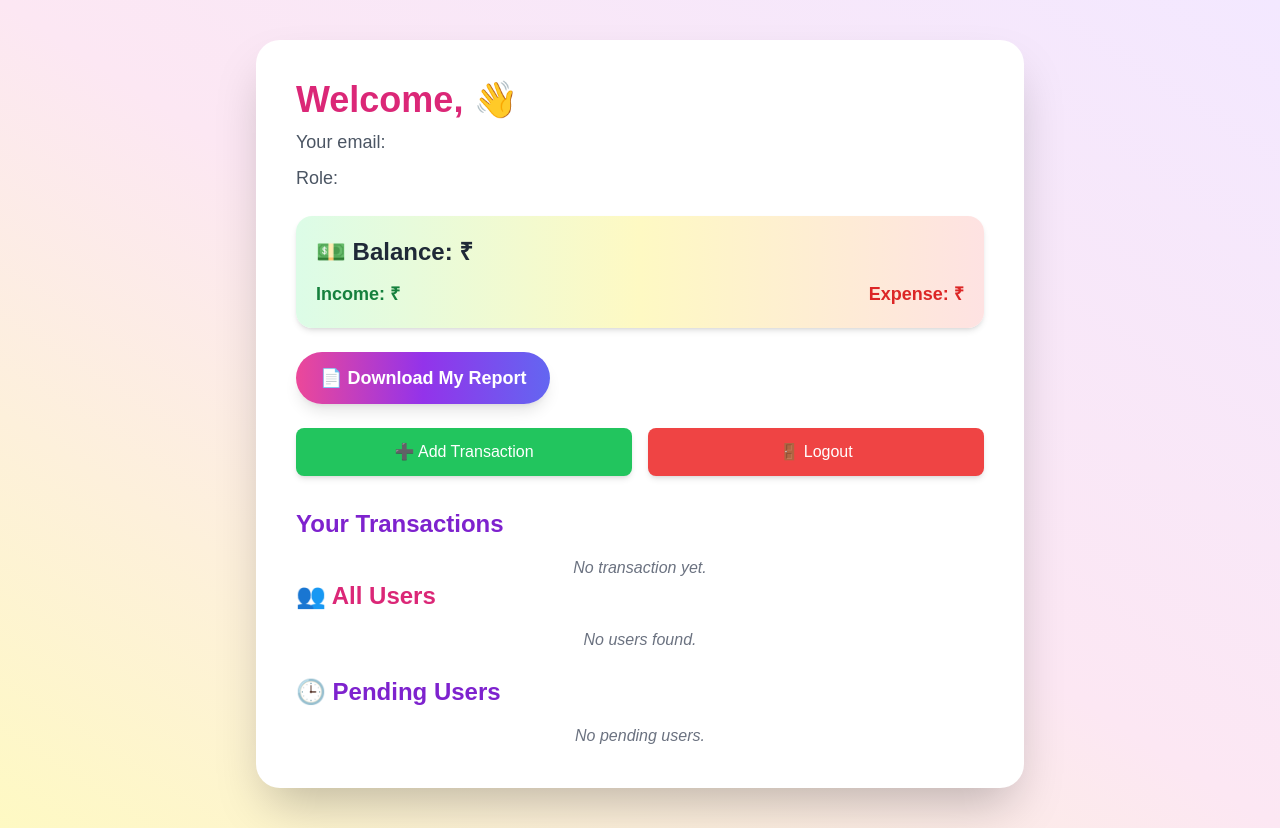
Repository: student-samratojha/ExpenseTrackerApp
Page: views/adminDash.ejs
An editor plug-in stored every save of this project. The page is shown before and after the next save, followed by the edit.
The browser window is 1280 px wide. The pictures show the whole page.
Some web libraries are served in a nearby version. The page is served by the project's Node server (app.js). Other server files are loaded and not shown. The template is opened directly, without the code that normally fills it, so the values that code supplies are empty.

Above is the page before, as saved 2025-10-15 18:12:40.

### views/adminDash.ejs
<!DOCTYPE html>
<html lang="en">
  <head>
    <meta charset="UTF-8" />
    <meta name="viewport" content="width=device-width, initial-scale=1" />
    <title>Admin - Expense Tracker</title>
    <script src="https://cdn.tailwindcss.com"></script>
    <style>
      body {
        font-family: "Play", sans-serif;
      }
    </style>
  </head>

  <body
    class="bg-gradient-to-tr from-yellow-100 via-pink-100 to-purple-100 min-h-screen px-4 py-10"
  >
    <!-- Main Container -->
    <div
      class="max-w-full sm:max-w-xl md:max-w-3xl mx-auto bg-white rounded-3xl shadow-2xl p-6 sm:p-8 md:p-10"
    >
      <!-- Greeting -->
      <h2 class="text-3xl sm:text-4xl font-bold text-pink-600 mb-2">
        Welcome, <%= admin.userName %> 👋
      </h2>
      <p class="text-gray-600 mb-2 text-base sm:text-lg">
        Your email:
        <span class="text-purple-600 font-medium"><%= admin.email %></span>
      </p>
<p class="text-gray-600 mb-6 text-base sm:text-lg">
        Role:
        <span class="text-purple-600 font-medium"><%= admin.role %></span>
      </p>
      <!-- Balance Summary -->
      <div
        class="bg-gradient-to-r from-green-100 via-yellow-100 to-red-100 p-5 rounded-2xl shadow-md mb-6"
      >
        <h3
          class="text-xl sm:text-2xl font-bold text-gray-800 flex items-center gap-2"
        >
          💵 Balance: ₹<%= total %>
        </h3>
        <div
          class="flex flex-col sm:flex-row justify-between mt-3 gap-2 sm:gap-0"
        >
          <p class="text-green-700 font-semibold text-base sm:text-lg">
            Income: ₹<%= income %>
          </p>
          <p class="text-red-600 font-semibold text-base sm:text-lg">
            Expense: ₹<%= expense %>
          </p>
        </div>
      </div>

      <!-- Report Button -->
      <div class="mb-6">
        <a
          href="/download"
          target="_blank"
          class="inline-block w-full sm:w-auto text-center px-6 py-3 bg-gradient-to-r from-pink-500 via-purple-600 to-indigo-500 text-white text-lg font-bold rounded-full shadow-lg hover:from-pink-600 hover:via-purple-700 hover:to-indigo-600 transform hover:scale-105 transition-all duration-300"
        >
          📄 Download My Report
        </a>
      </div>

      <!-- Action Buttons -->
      <div class="flex flex-col sm:flex-row justify-between gap-4 mb-8">
        <a
          href="/add"
          class="bg-green-500 hover:bg-green-600 text-white px-6 py-3 rounded-lg text-center text-sm sm:text-base shadow-md font-medium transition duration-200 flex-1"
        >
          ➕ Add Transaction
        </a>
        <a
          href="/logout"
          class="bg-red-500 hover:bg-red-600 text-white px-6 py-3 rounded-lg text-center text-sm sm:text-base shadow-md font-medium transition duration-200 flex-1"
        >
          🚪 Logout
        </a>
      </div>

      <!-- Transaction History -->
      <h3 class="text-xl sm:text-2xl font-semibold text-purple-700 mb-4">
        Your Transactions
      </h3>

      <% if (transaction.length === 0) { %>
      <p class="text-gray-500 text-center italic">No transaction yet.</p>
      <% } else { %>
      <ul class="space-y-4 max-h-[320px] overflow-y-auto mb-10">
        <% transaction.forEach(function(txn) { %>
        <li
          class="flex justify-between items-center bg-gray-50 p-3 sm:p-4 rounded-xl shadow hover:shadow-md transition"
        >
          <div>
            <p class="font-semibold text-gray-800 text-sm sm:text-base">
              ₹<%= txn.amount %> - <%= txn.type %> - <%= txn.category %>
            </p>
            <p class="text-xs sm:text-sm text-gray-500">
              <%= txn.date.toDateString() %>
            </p>
          </div>
          <form action="/delete/<%= txn._id %>" method="POST" class="ml-4">
            <button
              type="submit"
              class="text-red-500 hover:text-red-700 text-lg sm:text-xl font-bold"
              aria-label="Delete transaction"
            >
              🗑️
            </button>
          </form>
        </li>
        <% }); %>
      </ul>
      <% } %>

      <!-- All Users Section -->
      <h3 class="text-xl sm:text-2xl font-semibold text-pink-600 mb-4">
        👥 All Users
      </h3>
      <% if (users.length === 0) { %>
      <p class="text-gray-500 text-center italic mb-6">No users found.</p>
      <% } else { %>
      <ul class="space-y-4 max-h-[300px] overflow-y-auto mb-10">
        <% users.forEach(function(user) { %>
        <li
          class="flex justify-between items-center bg-gray-50 p-3 sm:p-4 rounded-xl shadow hover:shadow-md transition"
        >
          <div>
            <p class="font-semibold text-gray-800 text-sm sm:text-base">
              👤 <%= user.userName %>
            </p>
            <p class="text-xs sm:text-sm text-gray-500"><%= user.email %></p>
          </div>
          <form action="/deleteUser/<%= user._id %>" method="POST" class="ml-4">
            <button
              type="submit"
              class="text-red-500 hover:text-red-700 text-lg sm:text-xl font-bold"
              aria-label="Delete user"
            >
              🗑️
            </button>
          </form>
        </li>
        <% }); %>
      </ul>
      <% } %>

      <!-- Pending Users Section -->
      <h3 class="text-xl sm:text-2xl font-semibold text-purple-700 mb-4">
        🕒 Pending Users
      </h3>
      <% if (pending.length === 0) { %>
      <p class="text-gray-500 text-center italic">No pending users.</p>
      <% } else { %>
      <ul class="space-y-4 max-h-[300px] overflow-y-auto">
        <% pending.forEach(function(p) { %>
        <li
          class="flex justify-between items-center bg-gray-50 p-3 sm:p-4 rounded-xl shadow hover:shadow-md transition"
        >
          <div>
            <p class="font-semibold text-gray-800 text-sm sm:text-base">
              🕒 <%= p.userName %>
            </p>
            <p class="text-xs sm:text-sm text-gray-500"><%= p.email %></p>
          </div>
          <div class="flex gap-2 ml-4">
            <form action="/approve/<%= p._id %>" method="POST">
              <button
                type="submit"
                class="bg-green-500 hover:bg-green-600 text-white px-3 py-1 rounded-lg text-sm shadow-md transition"
              >
                ✅ Approve
              </button>
            </form>
            <form action="/reject/<%= p._id %>" method="POST">
              <button
                type="submit"
                class="bg-red-500 hover:bg-red-600 text-white px-3 py-1 rounded-lg text-sm shadow-md transition"
              >
                ❌ Reject
              </button>
            </form>
          </div>
        </li>
        <% }); %>
      </ul>
      <% } %>
    </div>
  </body>
</html>

### app.js
const express = require("express");
const app = express();
const mongoose = require("mongoose");
const path = require("path");
const cookieParser = require("cookie-parser");
require("dotenv").config();
const LoginRoute = require("./Routes/LoginRoute");
const RegisterRoute = require("./Routes/RegisterRoute");
const DashRoute = require("./Routes/DashRoute");
const AddRoute = require("./Routes/AddRoute");
const DownloadRoute = require("./Routes/DownloadRoute");

app.use(express.json());
app.use(express.urlencoded({ extended: true }));
app.use(cookieParser());
app.use(express.static(path.join(__dirname, "public")));
app.set("view engine", "ejs");

mongoose
  .connect(process.env.MONGODB_URL)
  .then(() => {
    console.log("MongoDB connected");
  })
  .catch((err) => {
    console.log("error", err);
  });

app.use(LoginRoute);
app.use(RegisterRoute);
app.use(DashRoute);
app.use(AddRoute);
app.use(DownloadRoute);
app.listen(3000, () => {
  console.log("app is running on http://localhost:3000");
});

After the next save:
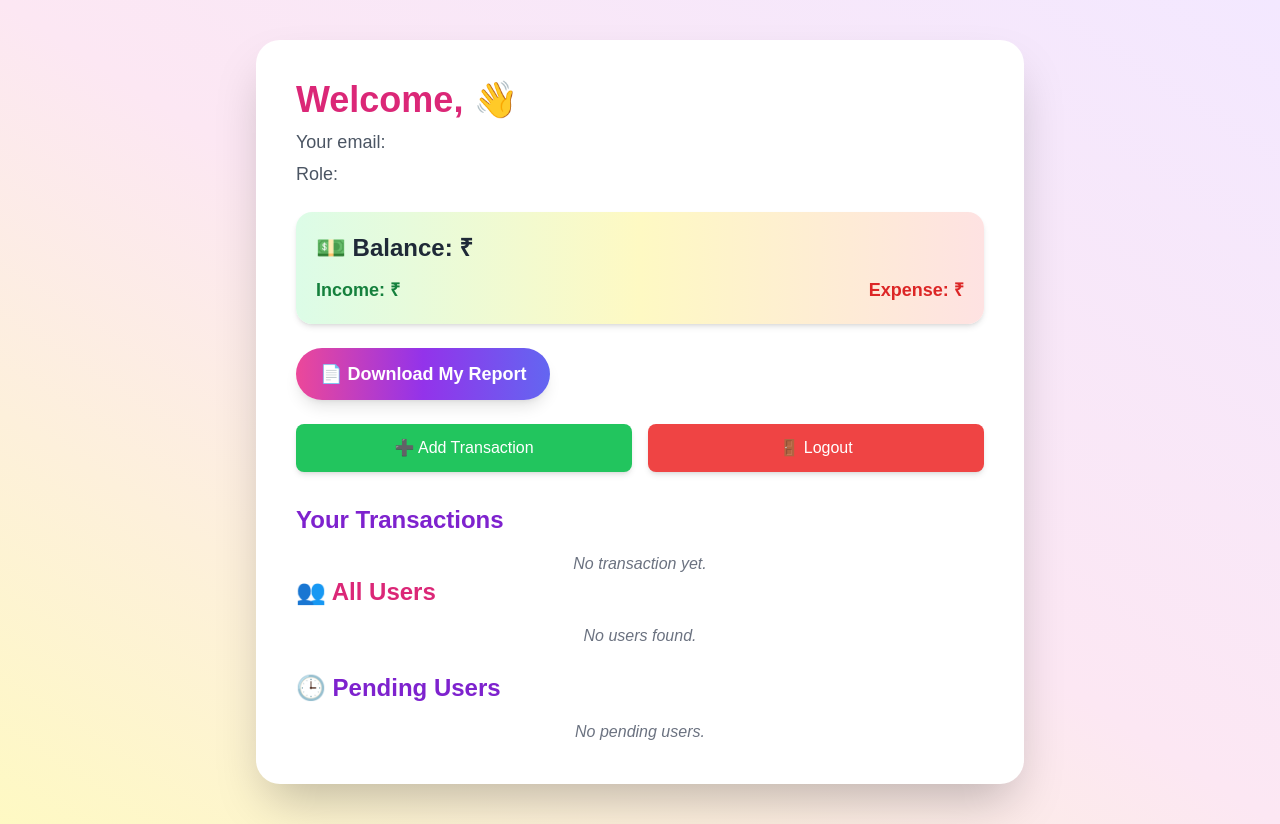
Saved 9 s later.
--- a/views/adminDash.ejs
+++ b/views/adminDash.ejs
@@ -23,7 +23,7 @@
       <h2 class="text-3xl sm:text-4xl font-bold text-pink-600 mb-2">
         Welcome, <%= admin.userName %> 👋
       </h2>
-      <p class="text-gray-600 mb-2 text-base sm:text-lg">
+      <p class="text-gray-600 mb-1 text-base sm:text-lg">
         Your email:
         <span class="text-purple-600 font-medium"><%= admin.email %></span>
       </p>
